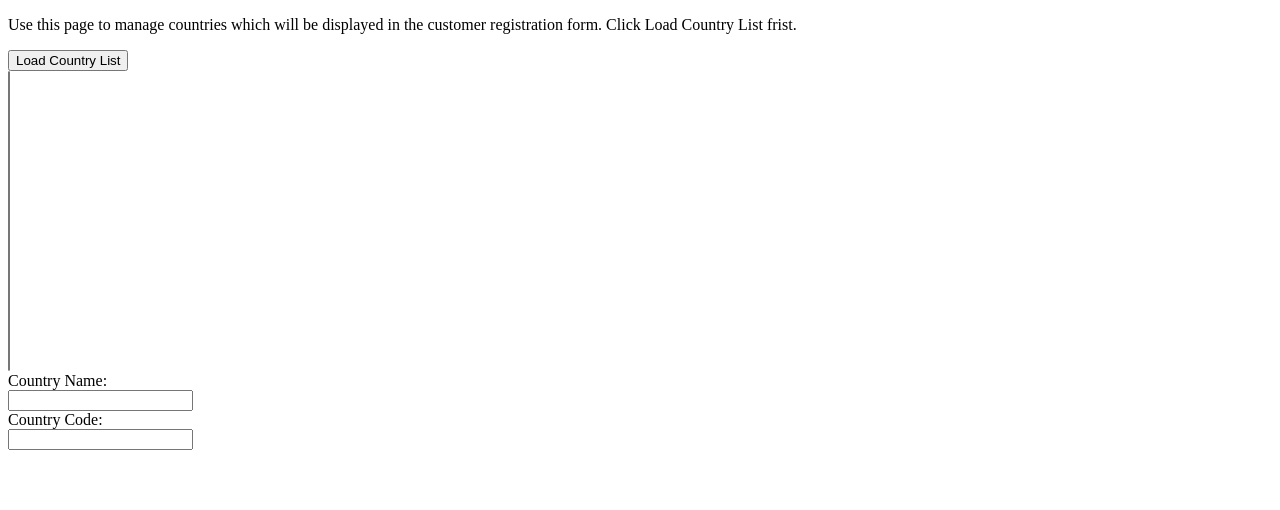
Repository: Tungk02/Shopme
Page: http://localhost/settings/states
The author's editor kept a copy of each file at every save. The page is drawn from the files as they stood at one save, then again after the next save.
The browser window is 1280 px wide. The pictures show the whole page.
The page is this project's Thymeleaf template; nobody is signed in. The template is opened directly, without the code that normally fills it, so the values that code supplies are empty.

Above is the page before, as saved 2023-11-25 15:59:53.

### ShopmeEcommerce/ShopmeProject/ShopmeWebParent/ShopmeBackEnd/src/main/resources/templates/settings/states.html
<!DOCTYPE html>
<html xmlns:th="http://www.thymeleaf.org">

<body>
	<div th:fragment="content" th:remove="tag">
		<div>
			<p>
				Use this page to manage countries which will be displayed in the customer
				registration form. Click Load Country List frist.
			</p>
		</div>
		<div>
			<input type="button" value="Load Country List" class="btn btn-primary">
		</div>
		<div>
			<select class="form-control m-2" style="height: 300px" size= "3">

			</select>
		</div>
		<div class="form-group row">
			<label class="col-form-label">Country Name:</label>
			<div class="col-md">
				<input type="text" class="form-control" id="fieldCountryName" />
			</div>
			<label class="col-form-label">Country Code:</label>
			<div class="col-md">
				<input type="text" class="form-control" id="fieldCountryCode" />
			</div>
		</div>
	</div>
</body>

</html>

After the next save:
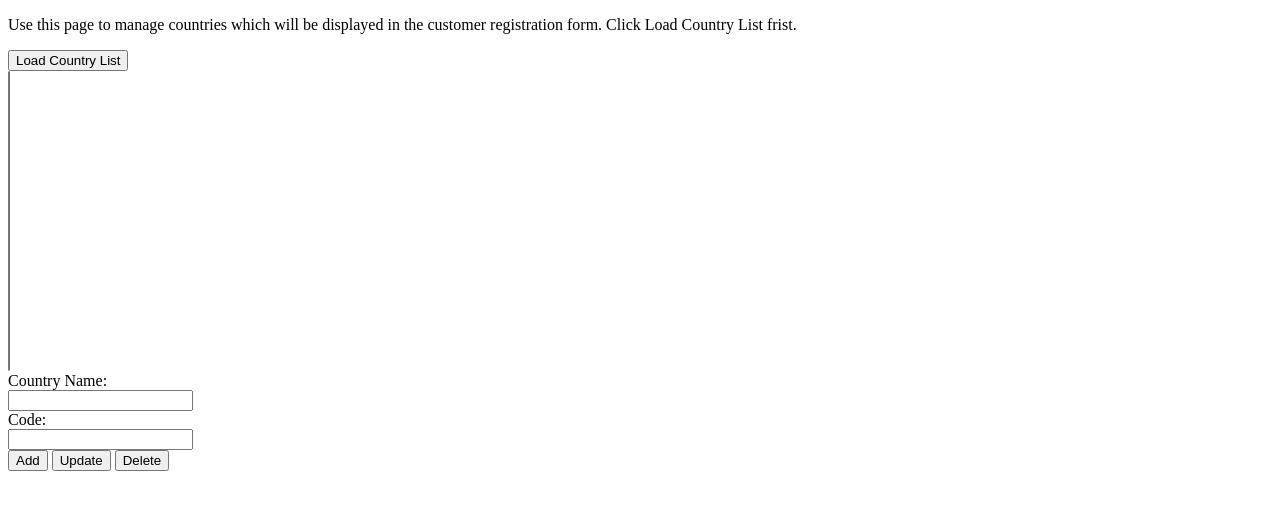
Saved 102 s later.
--- a/ShopmeEcommerce/ShopmeProject/ShopmeWebParent/ShopmeBackEnd/src/main/resources/templates/settings/states.html
+++ b/ShopmeEcommerce/ShopmeProject/ShopmeWebParent/ShopmeBackEnd/src/main/resources/templates/settings/states.html
@@ -22,9 +22,14 @@
 			<div class="col-md">
 				<input type="text" class="form-control" id="fieldCountryName" />
 			</div>
-			<label class="col-form-label">Country Code:</label>
+			<label class="col-form-label">Code:</label>
 			<div class="col-md">
 				<input type="text" class="form-control" id="fieldCountryCode" />
+			</div>
+			<div class="col-lg-4">
+				<input type="button" value="Add" class="btn btn-secondary" />
+				<input type="button" value="Update" class="btn btn-secondary" />
+				<input type="button" value="Delete" class="btn btn-secondary" />
 			</div>
 		</div>
 	</div>
